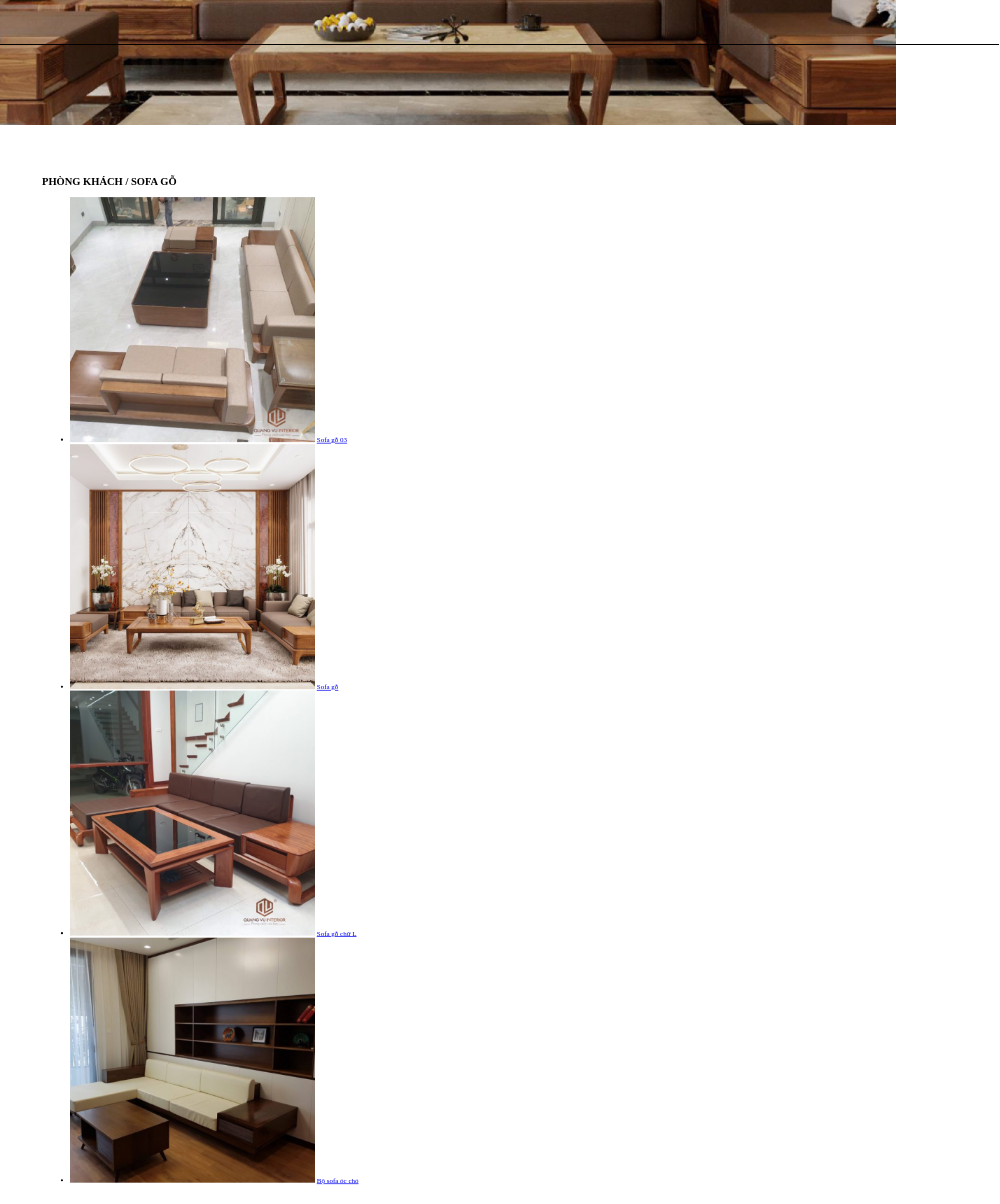
Repository: KHANHD192/FigmaTo-HTML
Page: APP-SHOP/index.html
These files come from the project's save history. The page is drawn as it stood at one moment and after the next save; the edit follows.
The browser window is 1280 px wide. The page is 1428 px wide, so the pictures cover 1428 px, including what lies to the right of the window. The pictures show the part of the page from y = 302 to 2022 px (the page is 4446 px tall), at 70% of full size.

Above is the page before, as saved 2022-11-21 12:38:01.

After the next save:
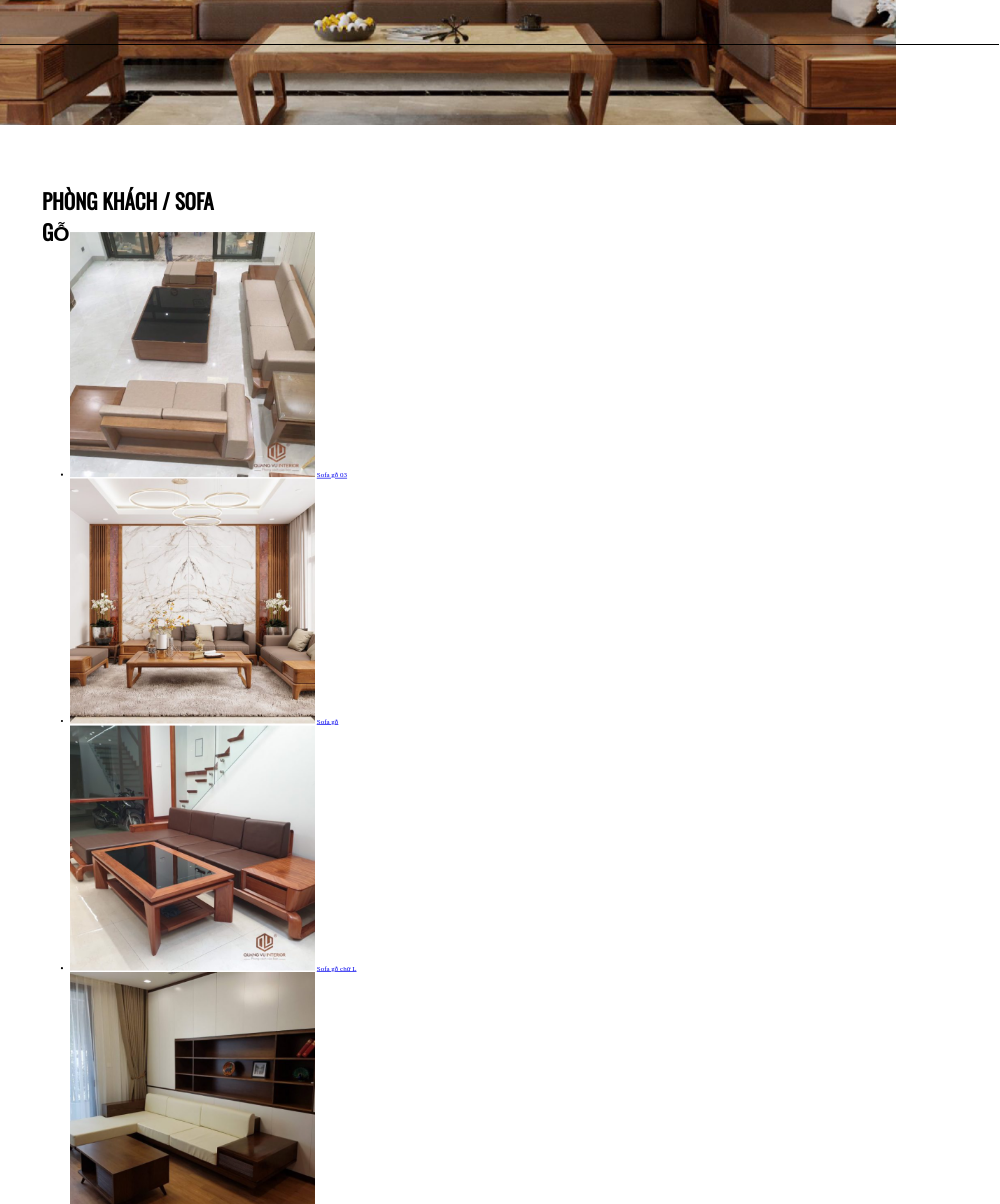
Saved 2 min 38 s later.
--- a/APP-SHOP/asset/Css_main/main.css
+++ b/APP-SHOP/asset/Css_main/main.css
@@ -3,3 +3,11 @@
     height: 3835px;
     padding: 61px 88px 70px 60px;
 }
+.collect1 h2{
+    width: 285px;
+    height: 42px;
+    font-family: 'Oswald', sans-serif;
+    font-weight: 400px;
+    font-size: 30px;
+    line-height: 44.46px;
+}
